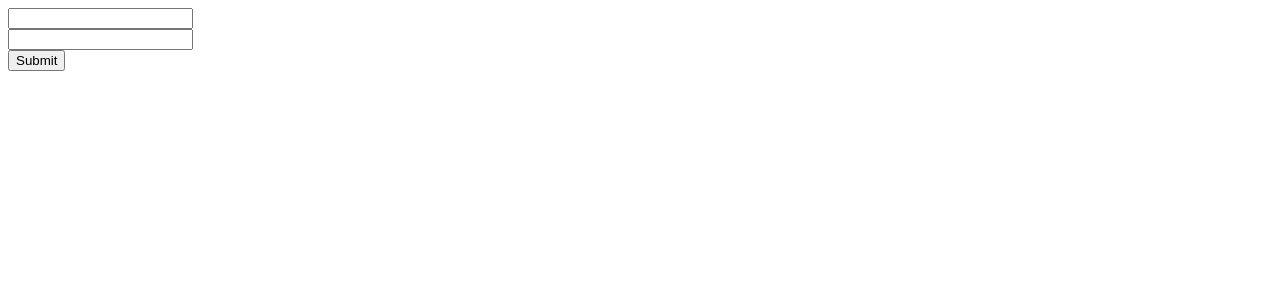
Repository: Hashim-Ansari-82/Servlet-And-JSP
Page: FirstServletDemo/src/main/webapp/index.html
An editor plug-in stored every save of this project. The page is shown before and after the next save, followed by the edit.
The browser window is 1280 px wide. The pictures show the whole page.

Above is the page before, as saved 2026-06-01 18:46:29.

### FirstServletDemo/src/main/webapp/index.html
<!DOCTYPE html>
<html>
<head>
<meta charset="UTF-8">
<title>Insert title here</title>

</head>
<body>
<form action="register" method="get">
 <div class="container-center">
    <input type="text" name="name">
    <br>
    <input type="text" name="email">
    <br>
    <input type="submit" value="Submit">
 </div>
</form>

</body>
</html>

After the next save:
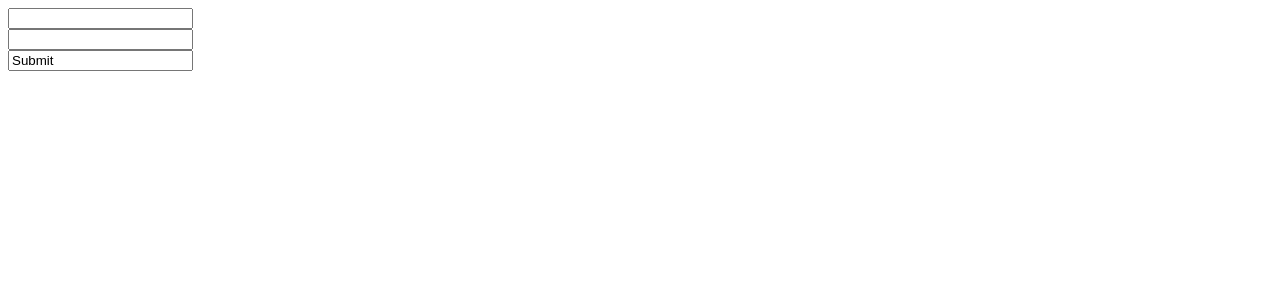
Saved 20 s later.
--- a/FirstServletDemo/src/main/webapp/index.html
+++ b/FirstServletDemo/src/main/webapp/index.html
@@ -12,7 +12,7 @@
     <br>
     <input type="text" name="email">
     <br>
-    <input type="submit" value="Submit">
+    <input type="submit text-center" value="Submit">
  </div>
 </form>
 

After the save that followed:
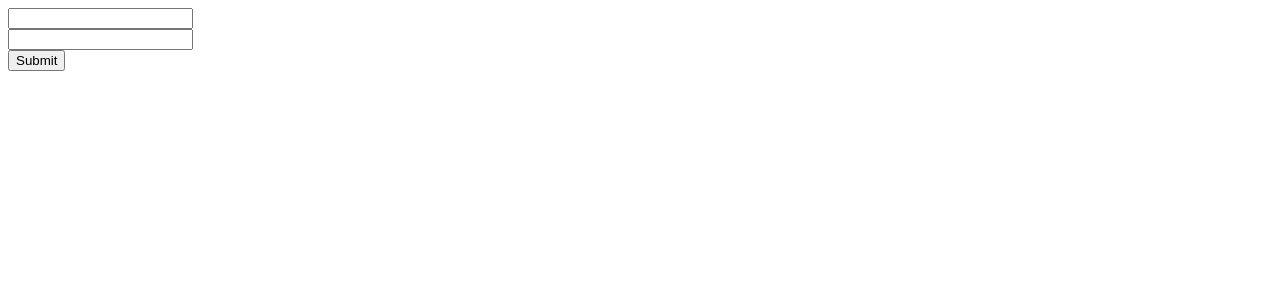
Saved 26 s later.
--- a/FirstServletDemo/src/main/webapp/index.html
+++ b/FirstServletDemo/src/main/webapp/index.html
@@ -12,7 +12,7 @@
     <br>
     <input type="text" name="email">
     <br>
-    <input type="submit text-center" value="Submit">
+    <input type="submit" style="text-align:center" value="Submit">
  </div>
 </form>
 
